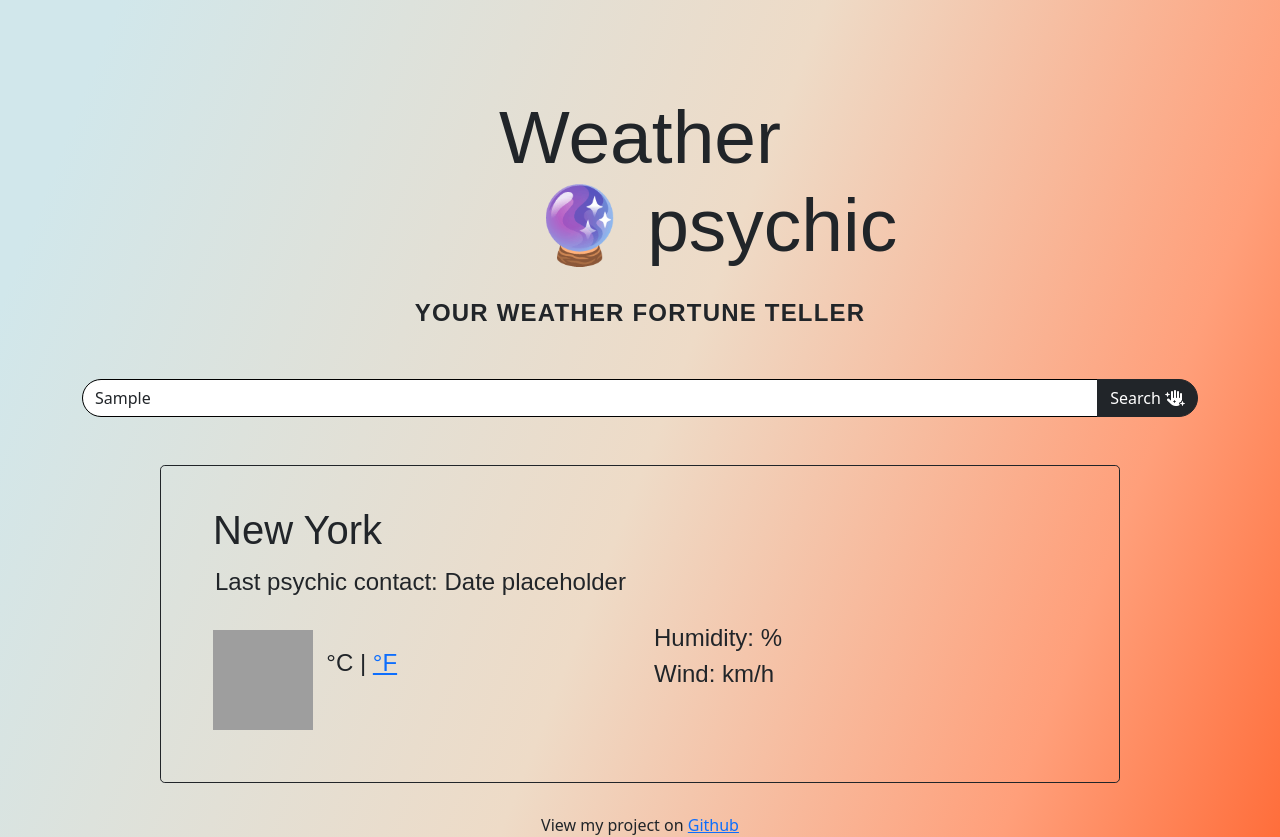
Repository: kathrin-aigner/vanilla-weather-app
Page: index.html
The author's editor kept a copy of each file at every save. The page is drawn from the files as they stood at one save, then again after the next save.
The browser window is 1280 px wide. The pictures show the whole page.
Empty fields were first filled with sample values (such as "Sample", 5 or name@example.com).
After loading, the first visible `#fahrenheit-link` was clicked once.
Pictures or frames that could not be fetched are drawn as grey boxes. The page's requests for data from a server got no answer. Some web fonts or font styles are not loaded; a fallback is used. Some web libraries are served in a nearby version.

Above is the page before, as saved 2022-01-28 16:10:47.
Console error (its wording comes from the project's code and is left out).

After the next save:
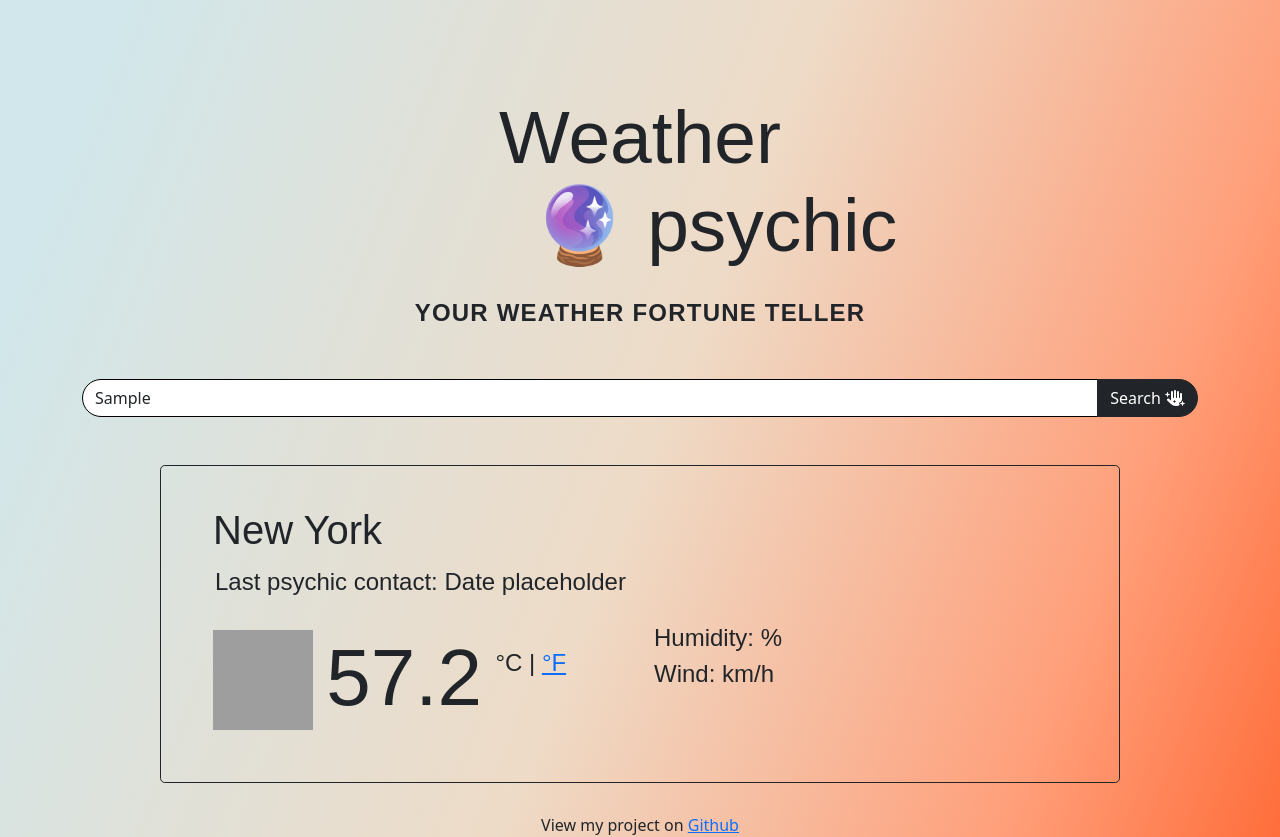
Saved 2 min 9 s later.
--- a/src/app.js
+++ b/src/app.js
@@ -54,13 +54,13 @@
   event.preventDefault();
   let cityInputElement = document.querySelector("#city-input");
   search(cityInputElement.value);
-  let temperatureElement = document.querySelector("#temperature");
-  temperatureElement.innerHTML = fahrenheitTemperature;
 }
 
 function displayFahrenheitTemperature(event) {
   event.preventDefault();
   let fahrenheitTemperature = (14 * 9) / 5 + 32;
+  let temperatureElement = document.querySelector("#temperature");
+  temperatureElement.innerHTML = fahrenheitTemperature;
 }
 search("Linz");
 
